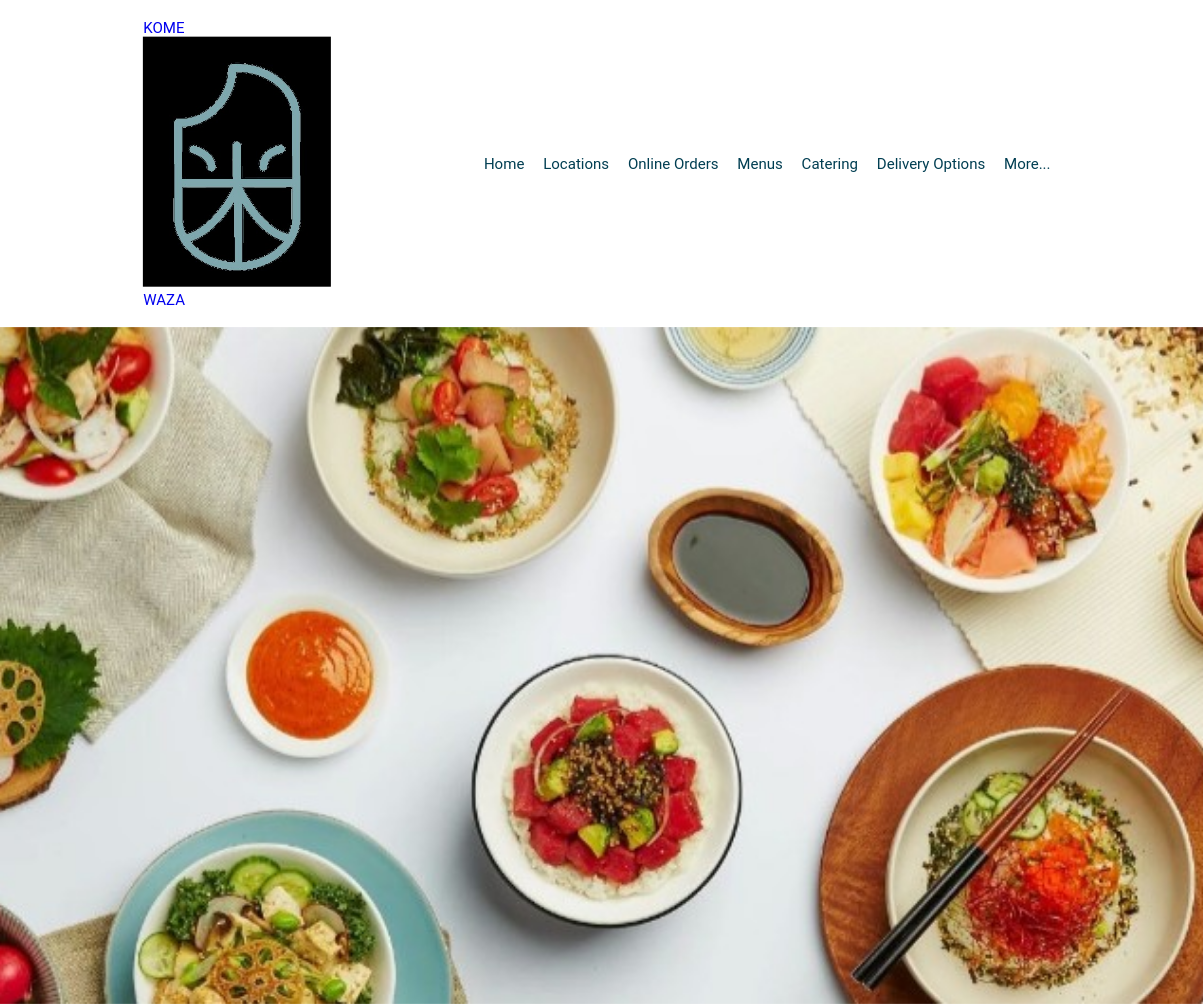
Repository: ypiard85/kome-waza
Page: index.html
The author's editor kept a copy of each file at every save. The page is drawn from the files as they stood at one save, then again after the next save.
The browser window is 1280 px wide. The pictures show the whole page, at 94% of full size.

Above is the page before, as saved 2021-02-23 10:15:57.

### index.html
<!DOCTYPE html>
<html lang="en">
  <head>
    <meta charset="UTF-8" />
    <meta http-equiv="X-UA-Compatible" content="IE=edge" />
    <meta name="viewport" content="width=device-width, initial-scale=1.0" />
    <link rel="stylesheet" href="./style.css" />
    <title>Kome Waza</title>
  </head>
  <body>
    <div class="wrapper">
      <header role="header" class="header">
        <nav role="navbar" class="nav">
          <div class="nav_logo">
            <a href="#">
              <p>KOME</p>
              <img src="./image/fond-1.jpg" alt="">
              <p>WAZA</p>
            </a>
          </div>
          <ul class="nav_link">
            <li><a href="">Home</a></li>
            <li><a href="">Locations</a></li>
            <li><a href="">Online Orders</a></li>
            <li><a href="">Menus</a></li>
            <li><a href="">Catering</a></li>
            <li><a href="">Delivery Options</a></li>
            <li><a href="">More...</a></li>
          </ul>
        </nav>
      </header>
      <div class="img_fond"></div>
    </div>
  </body>
</html>

### style.css
:root{
    --menu-color: #003E52;
    --menu-hover: #6cadc2;
}


*{
    list-style:none;
    text-decoration: none;
    margin: 0;
    padding: 0;
    transition: 0.3s;
}

body{
    font-family: Roboto, sans-serif;
}

.nav{
    display: flex;
    justify-content: space-evenly;
    align-items: center;
    padding: 20px 0;
}

.nav_logo img{
    width: 200px;
}

.nav_link{
    display: flex;
}

.nav_link li a{
    margin: 0 10px;
    color: var(--menu-color);
}

.nav_link a:hover{
    color: var(--menu-hover);
}

.img_fond{
    background-image: url('./image/repas.jpg');
    background-size: cover;
    background-position: center center;
    height: 100vh;
}

After the next save:
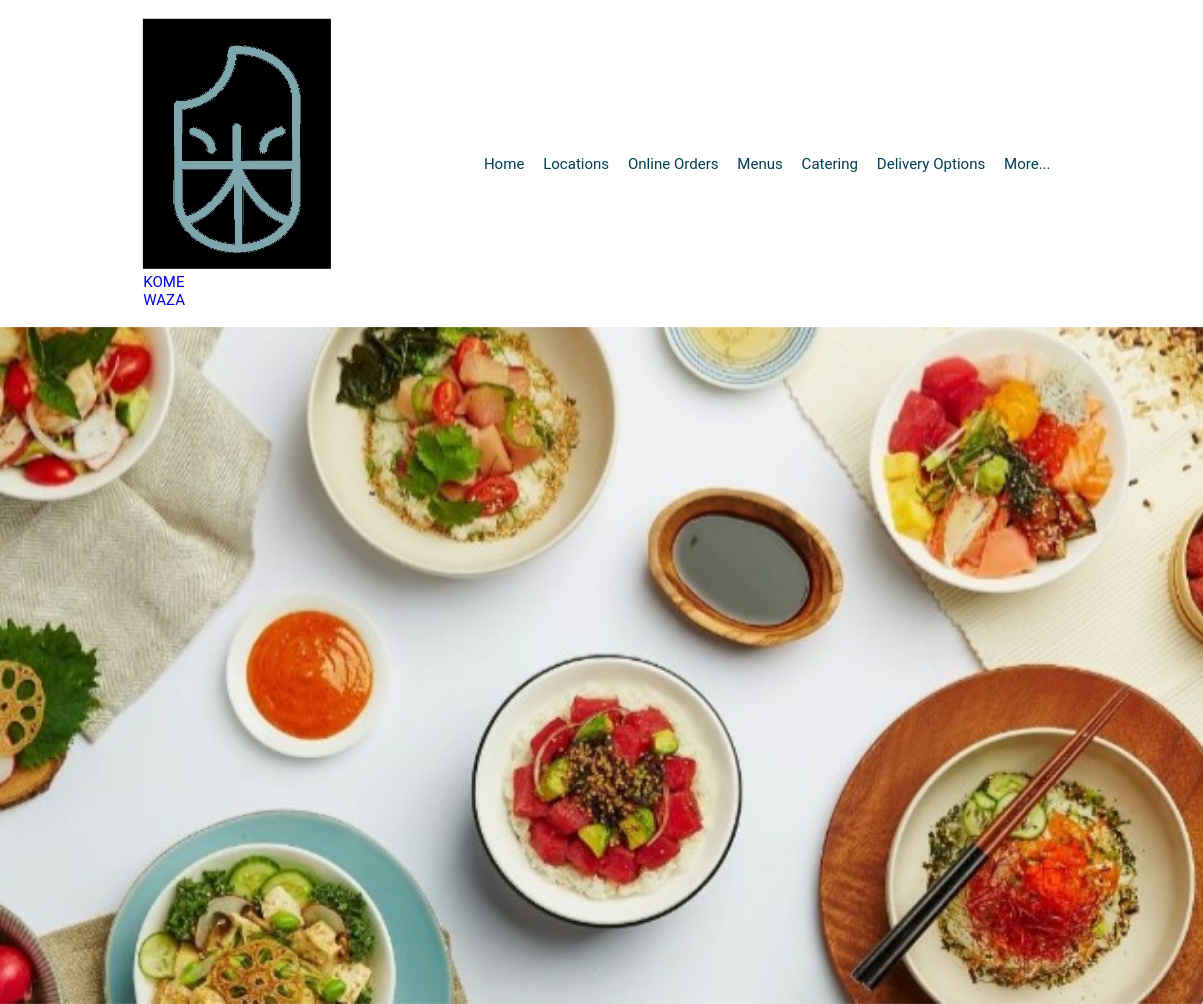
Saved 25 s later.
--- a/index.html
+++ b/index.html
@@ -11,10 +11,10 @@
     <div class="wrapper">
       <header role="header" class="header">
         <nav role="navbar" class="nav">
-          <div class="nav_logo">
+            <div class="nav_logo">
+              <img src="./image/fond-1.jpg" alt="">
             <a href="#">
               <p>KOME</p>
-              <img src="./image/fond-1.jpg" alt="">
               <p>WAZA</p>
             </a>
           </div>

After the save that followed:
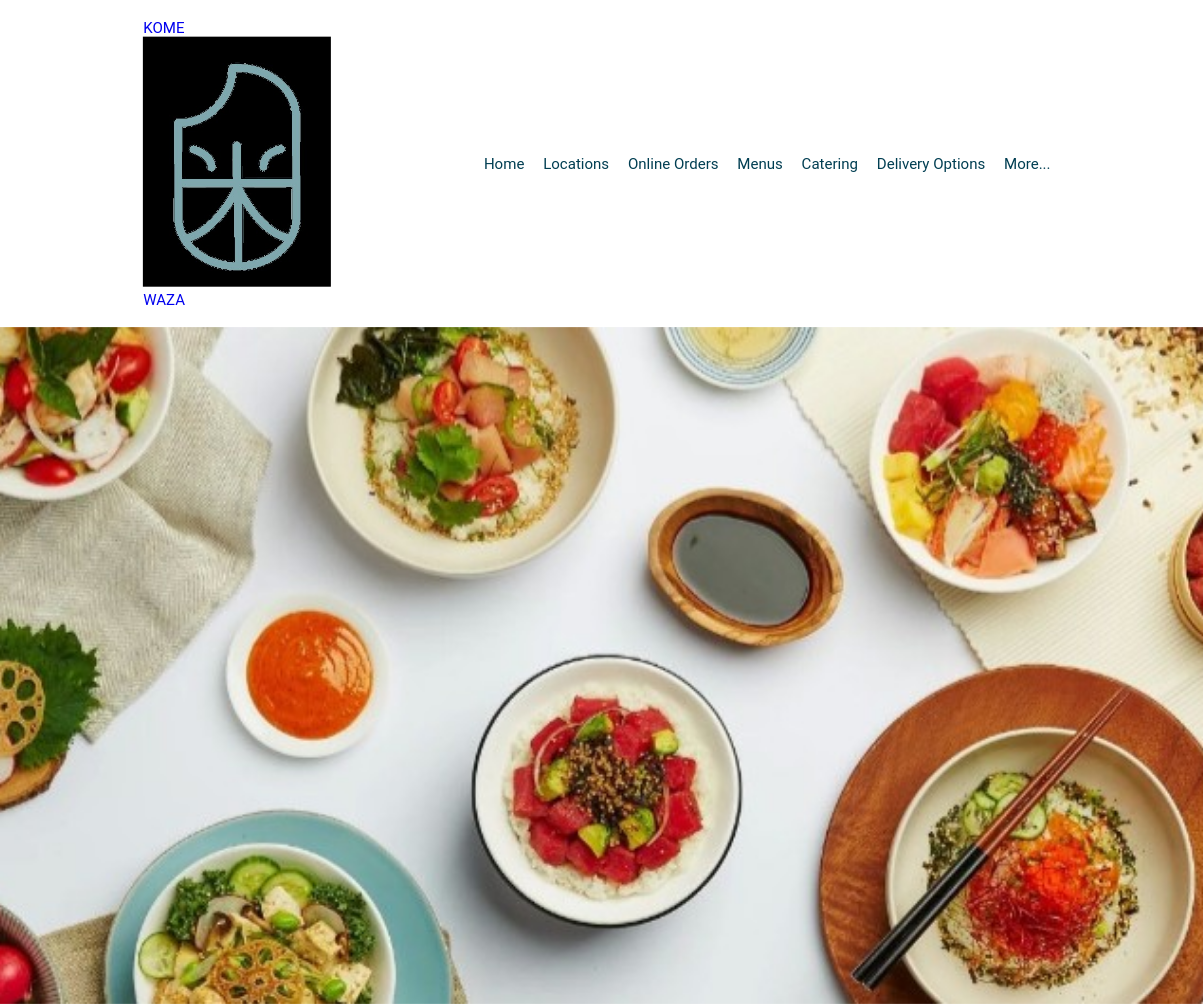
Saved 11 s later.
--- a/index.html
+++ b/index.html
@@ -11,10 +11,10 @@
     <div class="wrapper">
       <header role="header" class="header">
         <nav role="navbar" class="nav">
-            <div class="nav_logo">
-              <img src="./image/fond-1.jpg" alt="">
+          <div class="nav_logo">
             <a href="#">
               <p>KOME</p>
+              <img src="./image/fond-1.jpg" alt="" />
               <p>WAZA</p>
             </a>
           </div>
